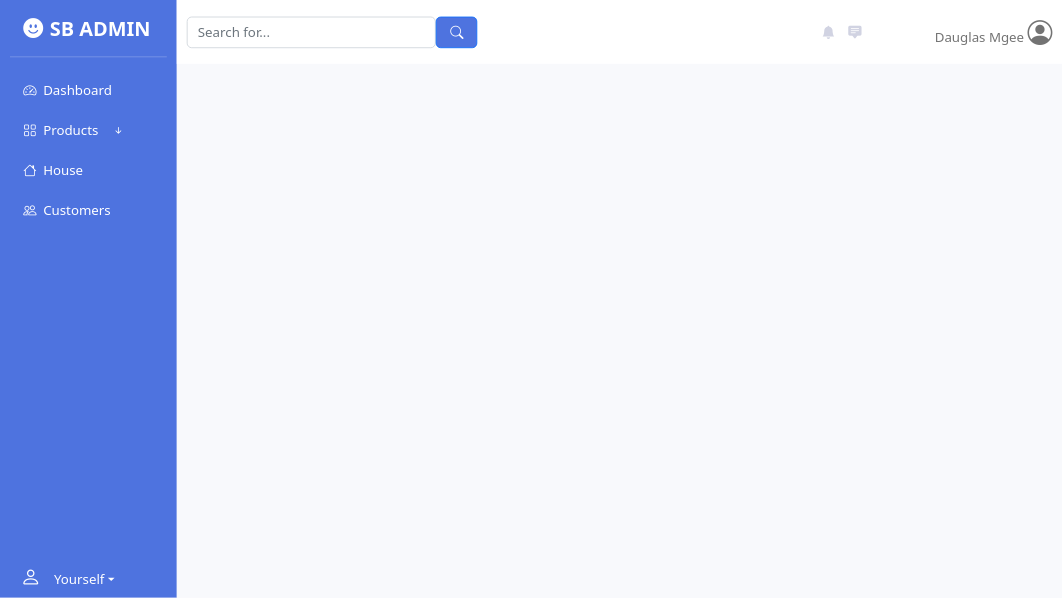
Repository: iqbalaamir/dashboard
Page: /
These files come from the project's save history. The page is drawn as it stood at one moment and after the next save; the edit follows.
The browser window is 1280 px wide. The pictures show the whole page, at 83% of full size.
The project was rebuilt for these pictures with package versions that can differ from the ones it lists, and the page was loaded fresh each time. Also part of the build but not shown: src/App.css, src/components/Item1.js, src/components/Item2.js.

Above is the page before, as saved 2023-04-24 23:25:40.

### src/App.js
import "./App.css";
import NavbarComponent from "./components/NavbarComponent";
import Sidebar from "./components/Sidebar";
import Container from "react-bootstrap/Container";
import Row from "react-bootstrap/Row";
import Col from "react-bootstrap/Col";
import {Route,Routes} from "react-router-dom"
import Main from "./components/Main";
import Item1 from "./components/Item1";
import Item2 from "./components/Item2";

function App() {
  return (
   <Routes>
    <Route path="/" element={<Main />}/>
    <Route path="/item1" element={<Item1 />}/>
    <Route path="/item2" element={<Item2 />}/>
   </Routes>
  );
}

export default App;

### src/components/NavbarComponent.js
import Button from "react-bootstrap/Button";
import Container from "react-bootstrap/Container";
import Form from "react-bootstrap/Form";
import Nav from "react-bootstrap/Nav";
import Navbar from "react-bootstrap/Navbar";
import NavDropdown from "react-bootstrap/NavDropdown";

function NavbarComponent() {
  return (
    <Navbar style={{backgroundColor:"white"}} expand="lg">
      <Container fluid>
        <Form className="d-flex">
          <Form.Control
            type="search"
            placeholder="Search for..."
            className=""
            aria-label="Search"
            style={{width:300}}
          />
          <Button style={{ backgroundColor: "#4e73df",width:50 }}>

            <i class="bi bi-search"></i>
          </Button>
        </Form>

        <Navbar.Toggle />

        <Navbar.Collapse className="justify-content-end">
          <Nav
            className="my-2 my-lg-0"
            style={{ maxHeight: "100px" }}
            navbarScroll
          >
            <Nav.Link href="#action2">
              <i class="bi bi-bell-fill" style={{color:"#d1d3e2"}}></i>
            </Nav.Link>
            <Nav.Link href="#action2">
              <i class="bi bi-chat-square-text-fill" style={{color:"#d1d3e2"}}></i>
            </Nav.Link>
            {/* <NavDropdown title="Messages" id="navbarScrollingDropdown">

              <NavDropdown.Item href="#action3">Action</NavDropdown.Item>
              <NavDropdown.Item href="#action4">
                Another action
              </NavDropdown.Item>
              <NavDropdown.Divider />
              <NavDropdown.Item href="#action5">
                Something else here
              </NavDropdown.Item>
            </NavDropdown> */}
          </Nav>
          <Navbar.Text style={{marginLeft:80}}>
            {/* Signed in as: <a href="#login">Mark Otto</a> */}
            Dauglas Mgee <i class="bi bi-person-circle" style={{fontSize:30}}></i>
          </Navbar.Text>
        </Navbar.Collapse>
      </Container>
    </Navbar>
  );
}

export default NavbarComponent;

### src/components/Sidebar.js
import React from "react";
import "bootstrap/dist/css/bootstrap.min.css";
import "bootstrap-icons/font/bootstrap-icons.css";
import "bootstrap/js/dist/dropdown";
import "bootstrap/js/dist/collapse";
import "./sidebar.css";
import NavbarComponent from "./NavbarComponent";
import HomeComponent from "./HomeComponent"

export default function Sidebar() {
  return (
    <div className="container-fluid">
      <div className="row">
        <div className="col-auto col-sm-2 sideNav d-flex flex-column justify-content-between min-vh-100">
          <div className="mt-3">
            <a
              className="text-decoration-none ms-3 d-flex align-items-center text-white customHeading"
              role="button"
            >
                 <i className="bi bi-emoji-smile-fill"></i>
              <span className="ms-2 d-none d-sm-inline">SB ADMIN</span>
            </a>
            <hr className="text-white d-none d-sm-block"></hr>
            <ul class="nav nav-pills flex-column mt-2 mt-sm-0" id="parentM">
              <li class="nav-item  my-1 py-2 py-sm-0">
                <a
                  class="nav-link text-white text-center text-sm-start"
                  href="#"
                  aria-current="page"
                >
                  <i className="bi bi-speedometer2"></i>
                  <span className="ms-2 d-none d-sm-inline">Dashboard</span>
                </a>
              </li>
              <li class="nav-item  my-1 py-2 py-sm-0">
                <a
                  class="nav-link text-white text-center text-sm-start"
                  href="#submenu"
                  data-bs-toggle="collapse"
                  aria-current="page"
                >
                  <i className="bi bi-grid"></i>
                  <span className="ms-2 d-none d-sm-inline">Products</span>
                  <i className="bi bi-arrow-down-short ms-0 ms-sm-3"></i>
                </a>
                <ul
                  class="nav collapse ms-2 flex-column"
                  id="submenu"
                  data-bs-parent="#parentM"
                >
                  <li class="nav-item ">
                    <a class="nav-link text-white" href="/item1" aria-current="page">
                      <span className="d-none d-sm-inline"> Item</span>1
                    </a>
                  </li>
                  <li class="nav-item ">
                    <a class="nav-link text-white" href="/item2">
                      <span className="d-none d-sm-inline"> Item</span>2
                    </a>
                  </li>
                </ul>
              </li>
              <li class="nav-item  my-1">
                <a
                  class="nav-link text-white text-center text-sm-start"
                  href="#"
                  aria-current="page"
                >
                  <i className="bi bi-house"></i>
                  <span className="ms-2 d-none d-sm-inline">House</span>
                </a>
              </li>
              <li class="nav-item text-white my-1">
                <a
                  class="nav-link text-white text-center text-sm-start"
                  href="#"
                  aria-current="page"
                >
                  <i className="bi bi-people"></i>
                  <span className="ms-2 d-none d-sm-inline">Customers</span>
                </a>
              </li>
            </ul>
          </div>
          <div class="dropdown open">
            <a
              class="btn border-none dropdown-toggle text-white"
              type="button"
              id="triggerId"
              data-bs-toggle="dropdown"
              aria-haspopup="true"
              aria-expanded="false"
            >
              <i className="bi bi-person fs-4"></i>
              <span className="f5-5 ms-3 d-none d-sm-inline">Yourself</span>
            </a>
            <div class="dropdown-menu" aria-labelledby="triggerId">
              <a class="dropdown-item" href="#">
                Profile
              </a>
              <a class="dropdown-item" href="#">
                Setting
              </a>
            </div>
          </div>

        </div>
        <div className="col" style={{backgroundColor:"#f8f9fc",padding:0}}>
       <NavbarComponent/>
       {/* <HomeComponent/> */}
        </div>

      </div>
    </div>
  );
}

### src/components/Main.js
import React from 'react'
import Sidebar from './Sidebar'

function Main() {
  return (
    <div>
        <Sidebar/>
    </div>
  )
}

export default Main

### src/components/sidebar.css
#parentM li a:hover {
    background-color: #9eacd4;

}
.sideNav{
   background-color: #4e73df;
}
.customHeading{
    font-weight: bold;
    font-size: x-large;
}

### src/components/HomeComponent.js
import React from "react";
import TableComponent from "./TableComponent";
import Dashboard from "./Dashboard";

function Home() {
  return (
    <div className="px-3">
      <div className="container-fluid">
        <div className="row g-3 my-2">
          <div className="col-md-3 p-1">
            <div
              className="p-3 bg-white shadow-sm d-flex justify-content-around align-items-center rounded"
              style={{
                borderLeft: "solid",
                borderLeftWidth: "4px",
                borderLeftColor: "#4e73df",
              }}
            >
              <div>
                <p className="fs-12" style={{ color: "#4e73df" }}>
                  EARNINGS(Monthly)
                </p>
                <h5 className="fs-2" style={{ color: "#5a5c69" }}>
                  $ 40000
                </h5>
              </div>
              <i
                className="bi bi-cart-plus p-3 fs-1"
                style={{ color: "#dddfeb" }}
              ></i>
            </div>
          </div>
          <div className="col-md-3 p-1">
            <div className="p-3 bg-white shadow-sm d-flex justify-content-around align-items-center rounded"
             style={{
              borderLeft: "solid",
              borderLeftWidth: "4px",
              borderLeftColor: "#1cc88a",
            }}>
              <div>
                <p className="fs-12" style={{ color: "#1cc88a" }}>
                  EARNINGS(Annual)
                </p>
                <h5 className="fs-2" style={{ color: "#5a5c69" }}>
                  $ 3453
                </h5>
              </div>
              <i
                className="bi bi-truck p-3 fs-1"
                style={{ color: "#dddfeb" }}
              ></i>
            </div>
          </div>
          <div className="col-md-3 p-1">
            <div className="p-3 bg-white shadow-sm d-flex justify-content-around align-items-center rounded"
             style={{
              borderLeft: "solid",
              borderLeftWidth: "4px",
              borderLeftColor: "#36b9cc",
            }}>
              <div>
                <p className="fs-12" style={{ color: "#36b9cc" }}>
                   TASKS
                </p>
                <h5 className="fs-2" style={{ color: "#5a5c69" }}>
                23423
                </h5>
              </div>
              <i
                className="bi bi-currency-dollar p-3 fs-1"
                style={{ color: "#dddfeb" }}
              ></i>
            </div>
          </div>
          <div className="col-md-3 p-1">
            <div className="p-3 bg-white shadow-sm d-flex justify-content-around align-items-center rounded"
             style={{
              borderLeft: "solid",
              borderLeftWidth: "4px",
              borderLeftColor: "#f6c23e",
            }}>
              <div>
                <p className="fs-12" style={{ color: "#f6c23e" }}>
                 REQUESTS
                </p>
                <h5 className="fs-2" style={{ color: "#5a5c69" }}>
                  34
                </h5>
              </div>
              <i
                className="bi bi-graph-up-arrow p-3 fs-1"
                style={{ color: "#dddfeb" }}
              ></i>
            </div>
          </div>
        </div>
      </div>
      <div>
        <TableComponent />
       <Dashboard/>
      </div>
    </div>
  );
}

export default Home;

### src/components/TableComponent.js
import Table from 'react-bootstrap/Table';

function TableComponent() {
  return (
    <Table striped bordered hover className='table caption-top bg-white rounded mt-2'>
      <caption className='fs-4 text-dark'>Recent Orders</caption>
      <thead>
        <tr>
          <th>#</th>
          <th>First Name</th>
          <th>Last Name</th>
          <th>Username</th>
        </tr>
      </thead>
      <tbody>
        <tr>
          <td>1</td>
          <td>Mark</td>
          <td>Otto</td>
          <td>@mdo</td>
        </tr>
        <tr>
          <td>2</td>
          <td>Jacob</td>
          <td>Thornton</td>
          <td>@fat</td>
        </tr>
        <tr>
          <td>3</td>
          <td>nona</td>
          <td>marie</td>
          <td>@twitter</td>
        </tr>
      </tbody>
    </Table>
  );
}

export default TableComponent;

### src/components/Dashboard.js
import Button from 'react-bootstrap/Button';
import Card from 'react-bootstrap/Card';

function Dashboard() {
  return (
    <Card className="text-center">
      <Card.Header>Featured</Card.Header>
      <Card.Body>
        <Card.Title>Special title treatment</Card.Title>
        <Card.Text>
          With supporting text below as a natural lead-in to additional content.
        </Card.Text>
        <Button variant="primary">Go somewhere</Button>
      </Card.Body>
      <Card.Footer className="text-muted">2 days ago</Card.Footer>
    </Card>

  );
}

export default Dashboard;

Loaded but not shown: public/index.html (common file); src/index.js (common file); src/index.css (common file); src/reportWebVitals.js (common file)

After the next save:
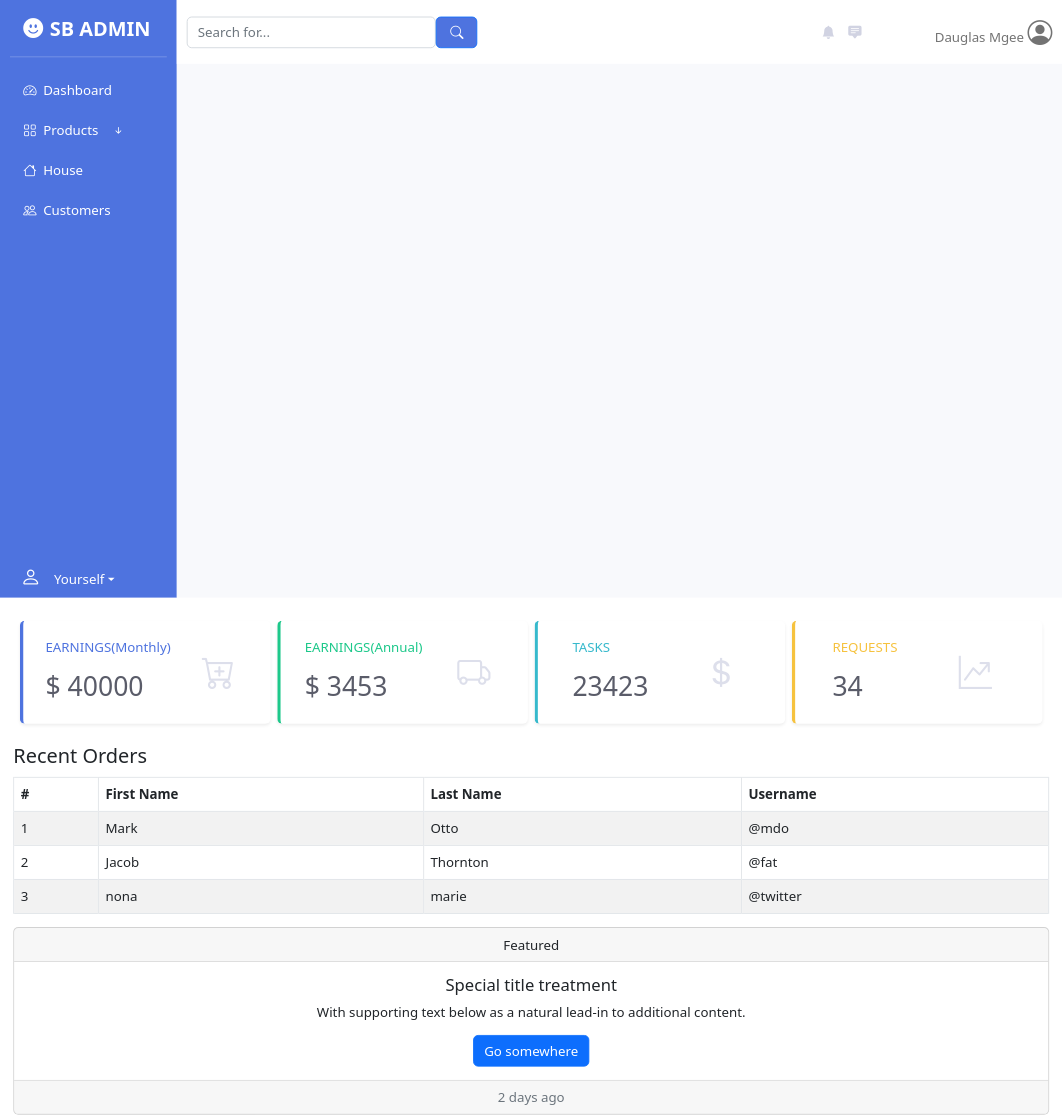
Saved 23 s later.
--- a/src/components/Main.js
+++ b/src/components/Main.js
@@ -1,10 +1,12 @@
 import React from 'react'
 import Sidebar from './Sidebar'
+import Home from './HomeComponent'
 
 function Main() {
   return (
     <div>
         <Sidebar/>
+        <Home/>
     </div>
   )
 }

After the save that followed:
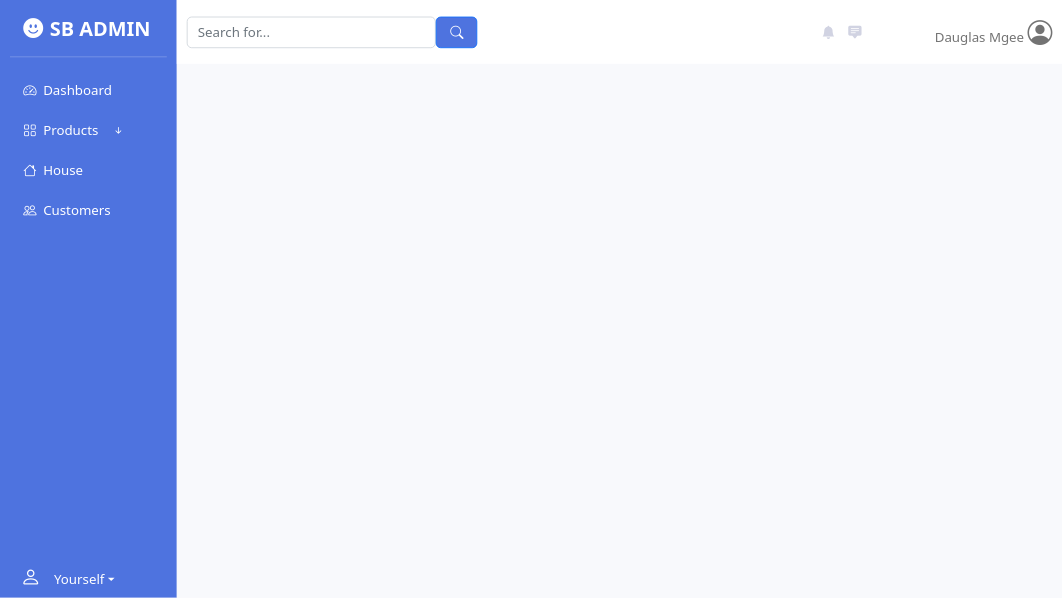
Saved 15 s later.
--- a/src/components/Main.js
+++ b/src/components/Main.js
@@ -6,7 +6,7 @@
   return (
     <div>
         <Sidebar/>
-        <Home/>
+
     </div>
   )
 }
